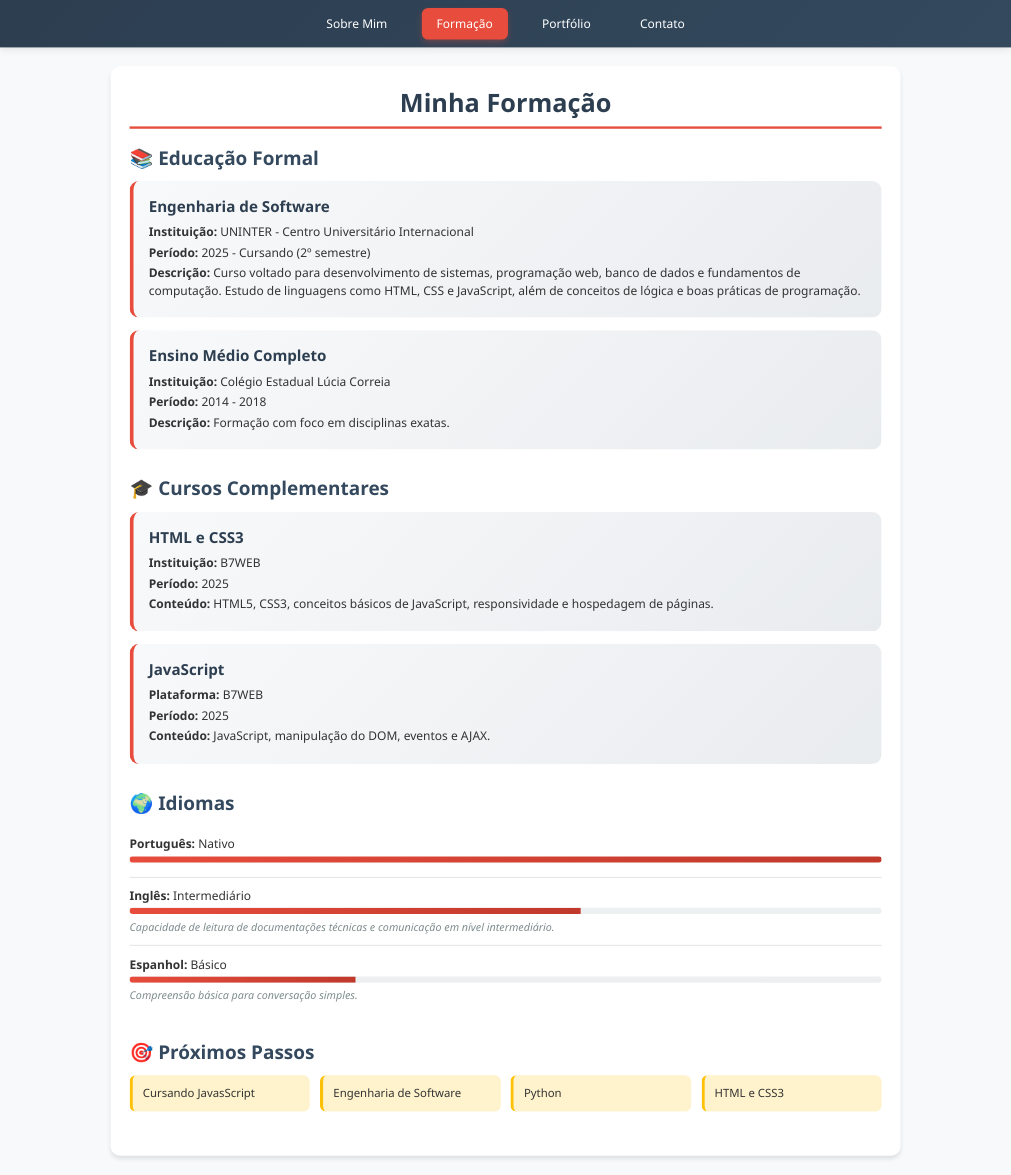
Repository: AnderHonorato/meu-portfolio
Page: formacao.html
These files come from the project's save history. The page is drawn as it stood at one moment and after the next save; the edit follows.
The browser window is 1280 px wide. The pictures show the whole page, at 79% of full size.

Above is the page before, as saved 2026-02-24 20:04:13.

### formacao.html
<!DOCTYPE html>
<html lang="pt-br">
<head>
    <meta charset="UTF-8">
    <meta name="viewport" content="width=device-width, initial-scale=1.0">
    <title>Formação - Anderson</title>
    <link rel="stylesheet" href="css/style.css">
</head>
<body>
    <nav class="menu">
        <ul>
            <li><a href="index.html">Sobre Mim</a></li>
            <li><a href="formacao.html" class="ativo">Formação</a></li>
            <li><a href="portfolio.html">Portfólio</a></li>
            <li><a href="contato.html">Contato</a></li>
        </ul>
    </nav>

    <main class="conteudo">
        <h1>Minha Formação</h1>

        <div class="formacao-secao">
            <h2>📚 Educação Formal</h2>

            <div class="item-formacao">
                <h3>Engenharia de Software</h3>
                <p><strong>Instituição:</strong> UNINTER - Centro Universitário Internacional</p>
                <p><strong>Período:</strong> 2025 - Cursando (2º semestre)</p>
                <p><strong>Descrição:</strong> Curso voltado para desenvolvimento de sistemas, programação web, banco de dados e fundamentos de computação. Estudo de linguagens como HTML, CSS e JavaScript, além de conceitos de lógica e boas práticas de programação.</p>
            </div>

            <div class="item-formacao">
                <h3>Ensino Médio Completo</h3>
                <p><strong>Instituição:</strong> Colégio Estadual Lúcia Correia</p>
                <p><strong>Período:</strong> 2014 - 2018</p>
                <p><strong>Descrição:</strong> Formação com foco em disciplinas exatas.</p>
            </div>
        </div>

        <div class="formacao-secao">
            <h2>🎓 Cursos Complementares</h2>

            <div class="item-formacao">
                <h3>HTML e CSS3</h3>
                <p><strong>Instituição:</strong> B7WEB</p>
                <p><strong>Período:</strong> 2025</p>
                <p><strong>Conteúdo:</strong> HTML5, CSS3, conceitos básicos de JavaScript, responsividade e hospedagem de páginas.</p>
            </div>

            <div class="item-formacao">
                <h3>JavaScript</h3>
                <p><strong>Plataforma:</strong> B7WEB</p>
                <p><strong>Período:</strong> 2025</p>
                <p><strong>Conteúdo:</strong> JavaScript, manipulação do DOM, eventos e AJAX.</p>
            </div>
        </div>

        <div class="formacao-secao">
            <h2>🌍 Idiomas</h2>

            <ul class="lista-idiomas">
                <li>
                    <strong>Português:</strong> Nativo
                    <div class="nivel-idioma">
                        <div class="barra-progresso">
                            <div class="progresso" style="width: 100%"></div>
                        </div>
                    </div>
                </li>

                <li>
                    <strong>Inglês:</strong> Intermediário
                    <div class="nivel-idioma">
                        <div class="barra-progresso">
                            <div class="progresso" style="width: 60%"></div>
                        </div>
                        <span class="descricao-nivel">Capacidade de leitura de documentações técnicas e comunicação em nível intermediário.</span>
                    </div>
                </li>

                <li>
                    <strong>Espanhol:</strong> Básico
                    <div class="nivel-idioma">
                        <div class="barra-progresso">
                            <div class="progresso" style="width: 30%"></div>
                        </div>
                        <span class="descricao-nivel">Compreensão básica para conversação simples.</span>
                    </div>
                </li>
            </ul>
        </div>

        <div class="formacao-secao">
            <h2>🎯 Próximos Passos</h2>
            <div class="proximos-estudos">
                <ul>
                    <li>Cursando JavasScript</li>
                    <li>Engenharia de Software</li>
                    <li>Python</li>
                    <li>HTML e CSS3</li>
                </ul>
            </div>
        </div>
    </main>
</body>
</html>

### css/style.css
/* Reset básico e configurações globais */
* {
    margin: 0;
    padding: 0;
    box-sizing: border-box;
}

/* Configurações do corpo da página (Mais compacto) */
body {
    font-family: 'Segoe UI', Tahoma, Geneva, Verdana, sans-serif;
    line-height: 1.4; /* Reduzido de 1.6 */
    color: #333;
    background-color: #f8f9fa;
    font-size: 0.95rem; /* Fonte base ligeiramente menor */
}

/* Menu de navegação - SEMPRE VISÍVEL */
.menu {
    background: linear-gradient(135deg, #2c3e50, #34495e);
    padding: 0.6rem 0; /* Mais fino */
    position: sticky;
    top: 0;
    z-index: 1000;
    box-shadow: 0 2px 10px rgba(0,0,0,0.1);
}

.menu ul {
    list-style: none;
    display: flex;
    justify-content: center;
    gap: 1.5rem; /* Menor gap */
    max-width: 1200px;
    margin: 0 auto;
    padding: 0 1rem;
}

.menu a {
    color: white;
    text-decoration: none;
    padding: 0.6rem 1.2rem; /* Mais compacto */
    border-radius: 8px;
    transition: all 0.3s ease;
    display: block;
    font-weight: 500;
    font-size: 0.95rem;
}

.menu a:hover {
    background-color: rgba(255, 255, 255, 0.1);
    transform: translateY(-2px);
}

.menu a.ativo {
    background-color: #e74c3c;
    box-shadow: 0 4px 8px rgba(231, 76, 60, 0.3);
}

/* Conteúdo principal (Mais compacto) */
.conteudo {
    max-width: 1000px;
    margin: 1.5rem auto; /* Reduzido de 2rem */
    padding: 1.5rem; /* Reduzido de 2rem */
    background-color: white;
    border-radius: 12px;
    box-shadow: 0 4px 6px rgba(0,0,0,0.1);
}

.conteudo h1 {
    color: #2c3e50;
    margin-bottom: 1rem;
    text-align: center;
    font-size: 2rem; /* Menor */
    border-bottom: 3px solid #e74c3c;
    padding-bottom: 0.5rem;
}

.conteudo h2 {
    color: #34495e;
    margin: 1.2rem 0 0.8rem 0; /* Margens reduzidas */
    font-size: 1.5rem;
}

/* === ESTILOS PÁGINA SOBRE MIM === */
.sobre-container {
    display: grid;
    grid-template-columns: 200px 1fr; /* Foto menor */
    gap: 1.5rem;
    margin-top: 1.5rem;
}

.foto-perfil {
    text-align: center;
}

.minha-foto {
    width: 100%;
    max-width: 200px;
    border-radius: 50%; /* Voltei para o visual original (ou mantenha quadrado se preferir, mudei para redondo por ser clássico do seu código original) */
    object-fit: cover;
    box-shadow: 0 8px 16px rgba(0,0,0,0.2);
}

.texto-sobre {
    flex: 1;
}

.texto-sobre p {
    margin-bottom: 0.8rem;
    text-align: justify;
    font-size: 1rem;
}

.lista-hobbies {
    list-style: none;
    margin: 1rem 0;
}

.lista-hobbies li {
    padding: 0.5rem 0;
    font-size: 1rem;
    border-bottom: 1px solid #eee;
    transition: all 0.3s ease;
    cursor: default;
}

.lista-hobbies li:hover {
    background-color: #f8f9fa;
    padding-left: 1rem;
    border-left: 4px solid #e74c3c;
}

/* Hobbies expansíveis (Aparece no hover) */
.hobby-detalhe {
    display: none;
    font-size: 0.85rem;
    color: #555;
    margin-top: 4px;
    padding-left: 1.5rem;
}

.lista-hobbies li:hover .hobby-detalhe {
    display: block;
    animation: fadeIn 0.3s ease-in;
}

.info-adicional {
    margin-top: 2rem;
    padding: 1.5rem;
    background: linear-gradient(135deg, #ecf0f1, #bdc3c7);
    border-radius: 12px;
}

/* === ESTILOS PÁGINA FORMAÇÃO === */
.formacao-secao {
    margin-bottom: 2rem;
}

.item-formacao {
    background: linear-gradient(135deg, #f8f9fa, #e9ecef);
    padding: 1.2rem; /* Mais compacto */
    border-radius: 12px;
    margin-bottom: 1rem;
    border-left: 5px solid #e74c3c;
    transition: transform 0.3s ease;
}

.item-formacao:hover {
    transform: translateY(-3px);
    box-shadow: 0 8px 16px rgba(0,0,0,0.1);
}

.item-formacao h3 {
    color: #2c3e50;
    margin-bottom: 0.5rem;
    font-size: 1.2rem;
}

.item-formacao p {
    margin-bottom: 0.3rem;
    font-size: 0.95rem;
}

.lista-idiomas {
    list-style: none;
}

.lista-idiomas li {
    padding: 0.8rem 0;
    border-bottom: 1px solid #ddd;
}

.lista-idiomas li:last-child {
    border-bottom: none;
}

.nivel-idioma {
    margin-top: 0.3rem;
}

.barra-progresso {
    width: 100%;
    height: 8px;
    background-color: #ecf0f1;
    border-radius: 4px;
    overflow: hidden;
    margin: 0.3rem 0;
}

.progresso {
    height: 100%;
    background: linear-gradient(90deg, #e74c3c, #c0392b);
    transition: width 0.3s ease;
}

.descricao-nivel {
    font-size: 0.85rem;
    color: #7f8c8d;
    font-style: italic;
}

.proximos-estudos ul {
    list-style: none;
    display: grid;
    grid-template-columns: repeat(auto-fit, minmax(200px, 1fr));
    gap: 0.8rem;
}

.proximos-estudos li {
    background-color: #fff3cd;
    padding: 0.8rem;
    border-radius: 8px;
    border-left: 4px solid #ffc107;
    font-weight: 500;
    font-size: 0.9rem;
}

/* === ESTILOS PÁGINA PORTFÓLIO === */
.intro-portfolio {
    text-align: center;
    font-size: 1rem;
    margin-bottom: 1.5rem;
    padding: 1rem;
    background-color: #f8f9fa;
    border-radius: 8px;
    border-left: 4px solid #e74c3c;
}

.projetos-grid {
    display: grid;
    grid-template-columns: repeat(auto-fit, minmax(300px, 1fr)); /* Cards mais estreitos */
    gap: 1.5rem;
    margin-bottom: 2rem;
}

.projeto-item {
    background: linear-gradient(135deg, #ffffff, #f8f9fa);
    padding: 1.5rem;
    border-radius: 12px;
    box-shadow: 0 4px 8px rgba(0,0,0,0.1);
    transition: all 0.3s ease;
    border-top: 4px solid #e74c3c;
}

.projeto-item:hover {
    transform: translateY(-5px);
    box-shadow: 0 10px 20px rgba(0,0,0,0.15);
}

.projeto-item.destaque {
    background: linear-gradient(135deg, #f0f9ff, #e6f7ff);
    border-left: 6px solid #3498db;
    border-top: none;
    box-shadow: 0 6px 12px rgba(52, 152, 219, 0.2);
}

.projeto-item h3 {
    color: #2c3e50;
    margin-bottom: 0.8rem;
    font-size: 1.2rem;
}

.tags-projeto {
    margin-bottom: 0.8rem;
}

.tag {
    display: inline-block;
    background: linear-gradient(135deg, #e74c3c, #c0392b);
    color: white;
    padding: 0.2rem 0.6rem;
    border-radius: 20px;
    font-size: 0.75rem;
    margin-right: 0.3rem;
    margin-bottom: 0.3rem;
    font-weight: 500;
}

.projeto-item.destaque .tag {
    background: linear-gradient(135deg, #3498db, #2980b9);
}

.projeto-detalhes {
    margin: 0.8rem 0;
    padding: 0.8rem;
    background-color: #f8f9fa;
    border-radius: 8px;
}

.projeto-detalhes p {
    margin-bottom: 0.3rem;
    font-size: 0.85rem;
}

.btn-projeto {
    display: inline-block;
    background: linear-gradient(135deg, #3498db, #2980b9);
    color: white;
    padding: 0.6rem 1.2rem;
    text-decoration: none;
    border-radius: 8px;
    transition: all 0.3s ease;
    font-weight: 500;
    font-size: 0.9rem;
}

.btn-projeto:hover {
    transform: translateY(-2px);
    box-shadow: 0 4px 8px rgba(52, 152, 219, 0.3);
}

/* Habilidades técnicas */
.habilidades-secao {
    margin-top: 2rem;
    padding: 1.5rem;
    background: linear-gradient(135deg, #ecf0f1, #bdc3c7);
    border-radius: 12px;
}

.habilidades-grid {
    display: grid;
    grid-template-columns: repeat(auto-fit, minmax(200px, 1fr));
    gap: 1rem;
    margin-top: 1rem;
}

.habilidade-item {
    background-color: white;
    padding: 1rem;
    border-radius: 8px;
    box-shadow: 0 2px 4px rgba(0,0,0,0.1);
}

.habilidade-item h4 {
    color: #2c3e50;
    margin-bottom: 0.5rem;
    font-size: 1rem;
}

.nivel-habilidade {
    display: flex;
    align-items: center;
    gap: 0.8rem;
}

.barra-habilidade {
    flex: 1;
    height: 6px;
    background-color: #ecf0f1;
    border-radius: 3px;
    overflow: hidden;
}

.progresso-habilidade {
    height: 100%;
    background: linear-gradient(90deg, #27ae60, #2ecc71);
    transition: width 0.3s ease;
}

.estudos-atuais {
    margin-top: 1.5rem;
    padding: 1.5rem;
    background-color: #e8f5e8;
    border-radius: 12px;
    border-left: 5px solid #27ae60;
}

.lista-estudos {
    list-style: none;
    display: grid;
    grid-template-columns: repeat(auto-fit, minmax(250px, 1fr));
    gap: 0.8rem;
}

.lista-estudos li {
    padding: 0.8rem;
    background-color: white;
    border-radius: 8px;
    box-shadow: 0 2px 4px rgba(0,0,0,0.1);
    font-size: 0.9rem;
}

/* === ESTILOS PÁGINA CONTATO === */
.intro-contato {
    text-align: center;
    font-size: 1rem;
    margin-bottom: 1.5rem;
    padding: 1rem;
    background: linear-gradient(135deg, #d4edda, #c3e6cb);
    border-radius: 8px;
    border-left: 4px solid #28a745;
}

.contato-container {
    display: grid;
    grid-template-columns: 2fr 1fr;
    gap: 2rem;
    margin-top: 1.5rem;
}

.formulario-contato {
    background-color: #f8f9fa;
    padding: 1.5rem;
    border-radius: 12px;
    box-shadow: 0 4px 8px rgba(0,0,0,0.1);
}

.formulario-contato h2 {
    color: #2c3e50;
    margin-bottom: 1rem;
    text-align: center;
}

.form-contato {
    display: flex;
    flex-direction: column;
    gap: 1rem;
}

.campo {
    display: flex;
    flex-direction: column;
}

.campo.checkbox {
    flex-direction: row;
    align-items: center;
    gap: 0.5rem;
}

.campo label {
    margin-bottom: 0.3rem;
    font-weight: 600;
    color: #2c3e50;
    font-size: 0.9rem;
}

.campo input,
.campo textarea,
.campo select {
    padding: 0.6rem;
    border: 2px solid #ddd;
    border-radius: 8px;
    font-size: 0.95rem;
    font-family: inherit;
}

.campo input:focus,
.campo textarea:focus,
.campo select:focus {
    outline: none;
    border-color: #e74c3c;
    box-shadow: 0 0 0 3px rgba(231, 76, 60, 0.1);
}

.btn-enviar {
    background: linear-gradient(135deg, #e74c3c, #c0392b);
    color: white;
    padding: 0.8rem;
    border: none;
    border-radius: 8px;
    cursor: pointer;
    font-size: 1rem;
    font-weight: 600;
    transition: all 0.3s ease;
}

.btn-enviar:hover {
    transform: translateY(-2px);
    box-shadow: 0 4px 8px rgba(231, 76, 60, 0.3);
}

.mensagem-retorno {
    margin-top: 1rem;
    padding: 0.8rem;
    background-color: #d4edda;
    border: 1px solid #c3e6cb;
    border-radius: 8px;
    color: #155724;
    text-align: center;
    font-weight: 500;
    font-size: 0.9rem;
}

.info-contato {
    background-color: white;
    padding: 1.5rem;
    border-radius: 12px;
    box-shadow: 0 4px 8px rgba(0,0,0,0.1);
    height: fit-content;
}

.contato-item {
    margin-bottom: 1.2rem;
    padding: 0.8rem;
    background-color: #f8f9fa;
    border-radius: 8px;
    border-left: 4px solid #3498db;
}

.contato-item h3 {
    font-size: 1rem;
    margin-bottom: 0.3rem;
}

.contato-item p {
    font-size: 0.95rem;
}

.contato-item small {
    font-size: 0.8rem;
}

.disponibilidade {
    padding: 0.8rem;
    background: linear-gradient(135deg, #fff3cd, #ffeaa7);
    border-radius: 8px;
    border-left: 4px solid #ffc107;
}

.dicas-contato {
    margin-top: 2rem;
    padding: 1.5rem;
    background: linear-gradient(135deg, #e8f4fd, #d1ecf1);
    border-radius: 12px;
}

.dicas-grid {
    display: grid;
    grid-template-columns: repeat(auto-fit, minmax(200px, 1fr));
    gap: 1rem;
    margin-top: 1rem;
}

.dica-item {
    background-color: white;
    padding: 1rem;
    border-radius: 8px;
    box-shadow: 0 2px 4px rgba(0,0,0,0.1);
}

.dica-item h4 {
    font-size: 1rem;
}

/* === RESPONSIVIDADE === */
@media (max-width: 768px) {
    .menu ul { flex-wrap: wrap; gap: 0.5rem; }
    .conteudo { margin: 1rem; padding: 1rem; }
    .sobre-container { grid-template-columns: 1fr; text-align: center; }
    .minha-foto { max-width: 150px; }
    .contato-container { grid-template-columns: 1fr; }
    .projetos-grid { grid-template-columns: 1fr; }
}

@media (max-width: 480px) {
    .conteudo h1 { font-size: 1.6rem; }
    .menu ul { flex-direction: column; }
}

@keyframes fadeIn {
    from { opacity: 0; transform: translateY(-5px); }
    to { opacity: 1; transform: translateY(0); }
}

After the next save:
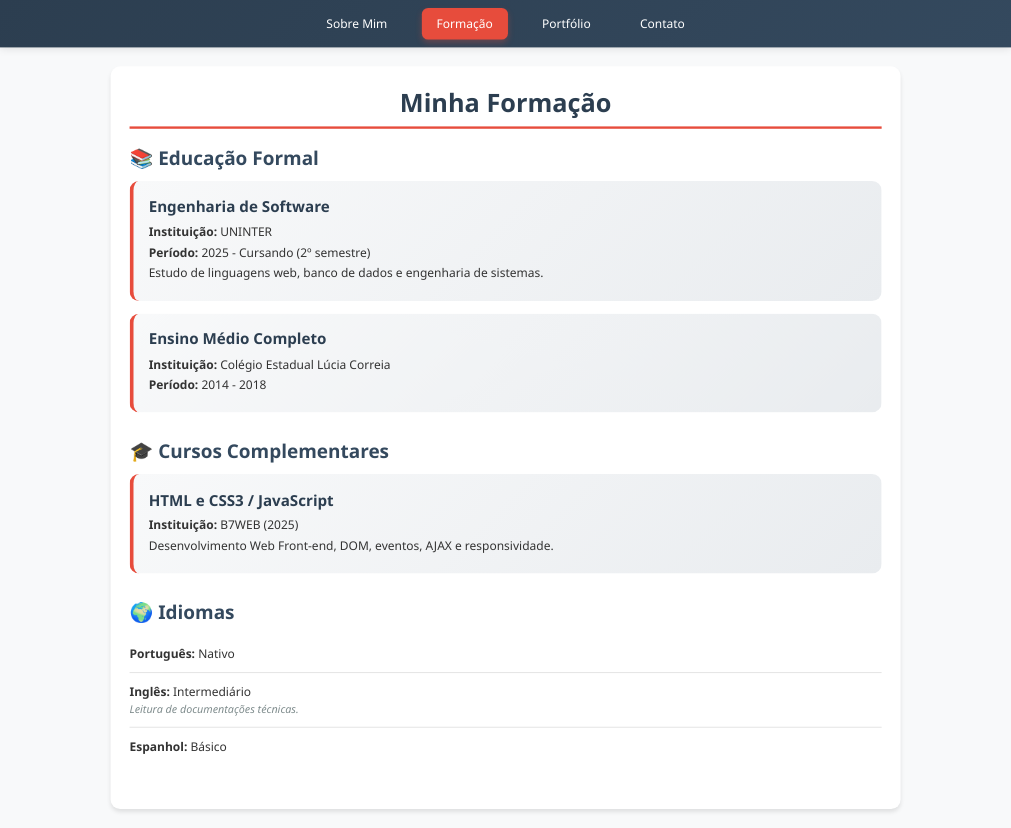
Saved 5 s later.
--- a/formacao.html
+++ b/formacao.html
@@ -21,85 +21,35 @@
 
         <div class="formacao-secao">
             <h2>📚 Educação Formal</h2>
-
             <div class="item-formacao">
                 <h3>Engenharia de Software</h3>
-                <p><strong>Instituição:</strong> UNINTER - Centro Universitário Internacional</p>
+                <p><strong>Instituição:</strong> UNINTER</p>
                 <p><strong>Período:</strong> 2025 - Cursando (2º semestre)</p>
-                <p><strong>Descrição:</strong> Curso voltado para desenvolvimento de sistemas, programação web, banco de dados e fundamentos de computação. Estudo de linguagens como HTML, CSS e JavaScript, além de conceitos de lógica e boas práticas de programação.</p>
+                <p>Estudo de linguagens web, banco de dados e engenharia de sistemas.</p>
             </div>
-
             <div class="item-formacao">
                 <h3>Ensino Médio Completo</h3>
                 <p><strong>Instituição:</strong> Colégio Estadual Lúcia Correia</p>
                 <p><strong>Período:</strong> 2014 - 2018</p>
-                <p><strong>Descrição:</strong> Formação com foco em disciplinas exatas.</p>
             </div>
         </div>
 
         <div class="formacao-secao">
             <h2>🎓 Cursos Complementares</h2>
-
             <div class="item-formacao">
-                <h3>HTML e CSS3</h3>
-                <p><strong>Instituição:</strong> B7WEB</p>
-                <p><strong>Período:</strong> 2025</p>
-                <p><strong>Conteúdo:</strong> HTML5, CSS3, conceitos básicos de JavaScript, responsividade e hospedagem de páginas.</p>
-            </div>
-
-            <div class="item-formacao">
-                <h3>JavaScript</h3>
-                <p><strong>Plataforma:</strong> B7WEB</p>
-                <p><strong>Período:</strong> 2025</p>
-                <p><strong>Conteúdo:</strong> JavaScript, manipulação do DOM, eventos e AJAX.</p>
+                <h3>HTML e CSS3 / JavaScript</h3>
+                <p><strong>Instituição:</strong> B7WEB (2025)</p>
+                <p>Desenvolvimento Web Front-end, DOM, eventos, AJAX e responsividade.</p>
             </div>
         </div>
 
         <div class="formacao-secao">
             <h2>🌍 Idiomas</h2>
-
             <ul class="lista-idiomas">
-                <li>
-                    <strong>Português:</strong> Nativo
-                    <div class="nivel-idioma">
-                        <div class="barra-progresso">
-                            <div class="progresso" style="width: 100%"></div>
-                        </div>
-                    </div>
-                </li>
-
-                <li>
-                    <strong>Inglês:</strong> Intermediário
-                    <div class="nivel-idioma">
-                        <div class="barra-progresso">
-                            <div class="progresso" style="width: 60%"></div>
-                        </div>
-                        <span class="descricao-nivel">Capacidade de leitura de documentações técnicas e comunicação em nível intermediário.</span>
-                    </div>
-                </li>
-
-                <li>
-                    <strong>Espanhol:</strong> Básico
-                    <div class="nivel-idioma">
-                        <div class="barra-progresso">
-                            <div class="progresso" style="width: 30%"></div>
-                        </div>
-                        <span class="descricao-nivel">Compreensão básica para conversação simples.</span>
-                    </div>
-                </li>
+                <li><strong>Português:</strong> Nativo</li>
+                <li><strong>Inglês:</strong> Intermediário <br><span class="descricao-nivel">Leitura de documentações técnicas.</span></li>
+                <li><strong>Espanhol:</strong> Básico</li>
             </ul>
-        </div>
-
-        <div class="formacao-secao">
-            <h2>🎯 Próximos Passos</h2>
-            <div class="proximos-estudos">
-                <ul>
-                    <li>Cursando JavasScript</li>
-                    <li>Engenharia de Software</li>
-                    <li>Python</li>
-                    <li>HTML e CSS3</li>
-                </ul>
-            </div>
         </div>
     </main>
 </body>
